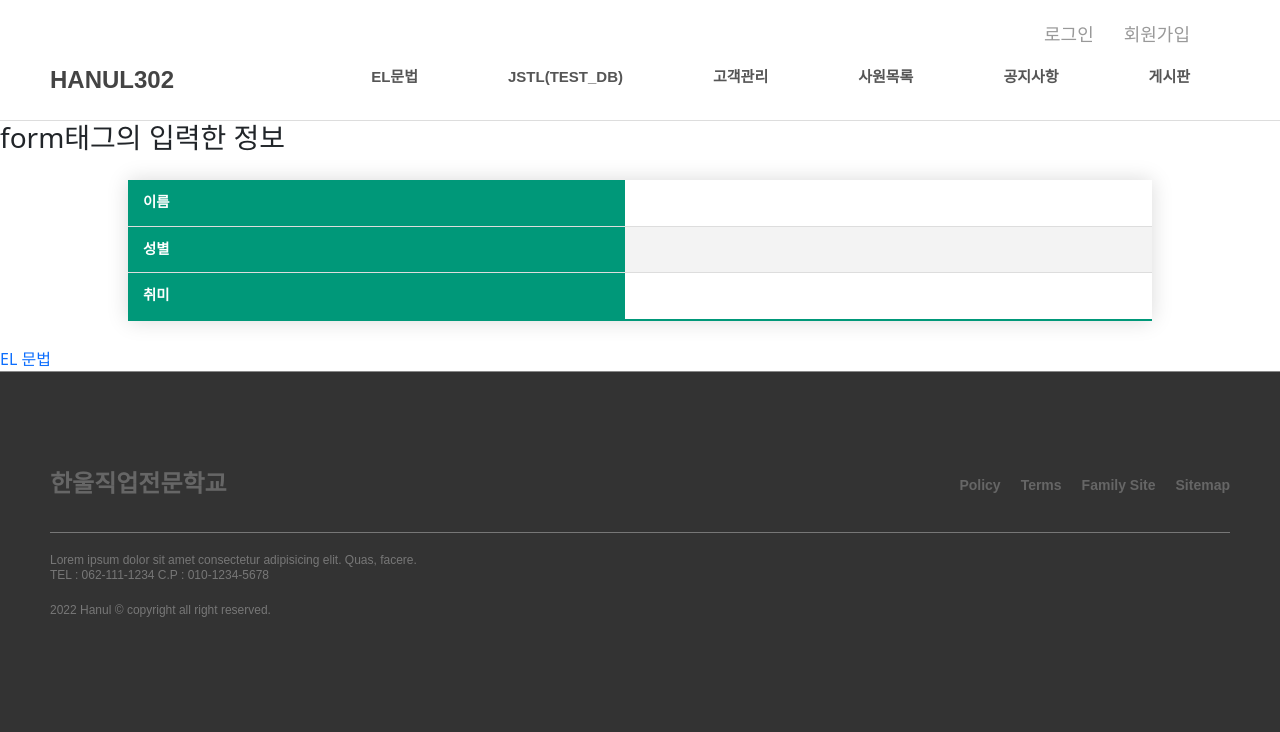
Repository: Xeyeong/servlet
Page: http://localhost/05.MiniProject/el/form_info.jsp
These files come from the project's save history. The page is drawn as it stood at one moment and after the next save; the edit follows.
The browser window is 1280 px wide. The pictures show the whole page.
Some web libraries are served in a nearby version. The page is served by Tomcat 9. Other server files are loaded and not shown.

Above is the page before, as saved 2022-09-20 02:09:55.

### 05.MiniProject/src/main/webapp/el/form_info.jsp
<%@ page language="java" contentType="text/html; charset=UTF-8"
    pageEncoding="UTF-8"%>
<!DOCTYPE html>
<html>
<head>
<meta charset="UTF-8">
<title>Insert title here</title>
</head>
<body>
<jsp:include page="/include/header.jsp"/>
	<h3>form태그의 입력한 정보</h3>
<table class="styled-table">
		<tr>
			<th class="w-px1400">이름</th>
			<td>${param.name }</td>
		</tr>
		<tr>
		<th>성별</th>
			<td>${param.gender }</td>
			<td></td>
		</tr>
		<tr>
			<th>취미</th>
			<td>${paramValues.hobby[0]}</td>
		</tr>
</table>

<div><a href="list.el">EL 문법</a></div>
<jsp:include page="/include/footer.jsp"/>
</body>
</html>

### 05.MiniProject/src/main/webapp/include/header.jsp
<%@ page language="java" contentType="text/html; charset=UTF-8"
    pageEncoding="UTF-8"%>
<!DOCTYPE html>
<html>
<head>
<meta charset="UTF-8">
<meta http-equiv="X-UA-Compatible" content="IE=CHROME">
<meta name="viewport" content="width=device-width, initial-scale=1.0">
<title>실습용 테마</title>
<link rel="icon" href="favicon.ico" type="image/x-icon">
<script src="https://kit.fontawesome.com/c47106c6a7.js"
	crossorigin="anonymous"></script>
<link rel="stylesheet" href="css/style.css?<%=new java.util.Date()%>">
<link rel="stylesheet" href="css/common.css?<%=new java.util.Date()%>">
<script src="js/ie.js"></script>
<link
	href="https://cdn.jsdelivr.net/npm/bootstrap@5.2.0-beta1/dist/css/bootstrap.min.css"
	rel="stylesheet"
	integrity="sha384-0evHe/X+R7YkIZDRvuzKMRqM+OrBnVFBL6DOitfPri4tjfHxaWutUpFmBp4vmVor"
	crossorigin="anonymous">
<script
	src="https://cdn.jsdelivr.net/npm/bootstrap@5.2.0-beta1/dist/js/bootstrap.bundle.min.js"
	integrity="sha384-pprn3073KE6tl6bjs2QrFaJGz5/SUsLqktiwsUTF55Jfv3qYSDhgCecCxMW52nD2"
	crossorigin="anonymous"></script>
<script src="https://code.jquery.com/jquery-3.6.0.min.js"></script>
</head>
<body>
	<header>
		<div class="inner">
			<h1>
				<a href="#">HANUL302</a>
			</h1>
			<ul id="gnb">
				<li><a href="list.el">EL문법</a></li>
				<li><a href="list.te">JSTL(TEST_DB)</a></li>
				<li><a href="list.cu">고객관리</a></li>
				<li><a href="#">사원목록</a></li>
				<li><a href="#">공지사항</a></li>
				<li><a href="#">게시판</a></li>
			</ul>



			<ul class="util">
				<li><a href="#">로그인</a></li>
				<li><a href="#">회원가입</a></li>
			</ul>

		</div>

	</header>
</body>
</html>

### 05.MiniProject/src/main/webapp/include/footer.jsp
<%@ page language="java" contentType="text/html; charset=UTF-8"
    pageEncoding="UTF-8"%>
<footer>
		<div class="inner">
			<div class="upper">
				<h1>한울직업전문학교</h1>
				<ul>
					<li><a href="#">Policy</a></li>
					<li><a href="#">Terms</a></li>
					<li><a href="#">Family Site</a></li>
					<li><a href="#">Sitemap</a></li>
				</ul>
			</div>
			<div class="lower">
				<address>
					Lorem ipsum dolor sit amet consectetur adipisicing elit. Quas,
					facere.<br> TEL : 062-111-1234 C.P : 010-1234-5678
				</address>
				<p>2022 Hanul &copy; copyright all right reserved.</p>
			</div>
		</div>
</footer>

### 05.MiniProject/src/main/webapp/css/style.css
@charset 'utf-8';


* {
	margin: 0px;
	padding: 0px;
	box-sizing: border-box;
}
ul,
ol {
	list-style: none;
}
a {
	text-decoration: none;
}

/* header */
header {
	width: 100%;
	border-bottom: 1px solid #ddd;
}
header .inner {
	width: 1180px;
	height: 120px;
	margin: 0px auto;
	position: relative; /*자식 absolute 요소의 기준점 설정*/
}
header .inner h1 {
	position: absolute;
	left: 0px;
	bottom: 15px;
}
header .inner h1 a {
	font: bold 24px/1 "arial";
	color: #444;
}
header .inner .util {
	position: absolute;
	top: 20px;
	right: 30px;
}
header .inner .util li {
	float: left;
}
header .inner .util li a {
	display: block;
	font: 18px "arial";
	color: #999;
	padding: 0px 10px;
}
header .inner #gnb {
	position: absolute;
	bottom: 0px;
	right: 0px;
}
header .inner #gnb li {
	float: left;
}
header .inner #gnb li a {
	display: block; /*인라인 요소는 block설정하여 크기를 조절가능*/
	font: bold 15px/1 "arial";
	color: #555;
	padding: 20px 40px;
	transition: all 0.5s;
}
header .inner #gnb li a:hover {
	background: #555;
	color: #fff;
}
figure {
	width: 100%;
	height: calc(100vh - 120px); /*전체 브라우저 높이에서 120px만큼 빼줌*/
	background: #000;
	position: relative;
	overflow: hidden;
	padding-top: 250px;
}
figure video {
	object-fit: cover; /*영상을 figure안쪽에 꽉 차도록 설정*/
	width: 100%;
	height: 100%;
	opacity: 0.3;
	position: absolute;
	top: 0px;
	left: 0px;
}
figure .inner {
	width: 1180px;
	margin: 0px auto;
	position: relative;
}
figure .inner h1 {
	font: normal 120px/1 "arial";
	color: #fff;
	margin-bottom: 20px;
}
figure .inner p {
	font: 16px/1.4 "arial";
	color: #888;
	margin-bottom: 60px;
}
figure .inner a {
	display: block;
	width: 400px;
	height: 30px;
	border: 1px solid #bbb;
	font: bold 11px/30px "arial";
	color: #fff;
	text-align: center;
	letter-spacing: 1px;
	transition: all 0.5s;
}
figure .inner a:hover {
	background: #fff;
	color: #555;
}
/* news */
section {
	width: 100%;
	padding: 200px 0px;
}
section .inner {
	width: 1180px;
	margin: 0px auto;
}
section .inner h1 {
	font: bold 24px/1 "arial";
	color: #555;
	text-align: center;
	margin-bottom: 50px;
}
section .inner .wrap {
	width: 100%;
}
section .inner .wrap::after {
	/*자식 요소인 article의 float해제*/
	content: "";
	display: block;
	clear: both;
}
section .inner .wrap article {
	width: 32%;
	float: left;
	margin-right: 20px;
}
section .inner .wrap article:last-child {
	/*제일 오른쪽 마지막 요소만 여백제거*/
	margin-right: 0px;
}
section .inner .wrap article h2 {
	margin-bottom: 10px;
}
section .inner .wrap article h2 a {
	font: bold 16px/1 "arial";
	color: #555;
}
section .inner .wrap article p {
	font: 14px/1.4 "arial";
	color: #777;
}
section .inner .wrap article .pic {
	width: 100%;
	height: 120px;
	background: #333;
	margin-bottom: 15px;
	position: relative;
	overflow: hidden;
}
section .inner .wrap article .pic img {
	object-fit: cover; /*pic프레임안에 이미지 꽉 채움*/
	width: 100%;
	height: 100%;
}
/* footer */
footer {
	width: 100%;
	background: #333;
	padding: 100px 0px;
	border-top: 1px solid #888;
}
footer .inner {
	width: 1180px;
	margin: 0px auto;
}
footer .inner .upper {
	width: 100%;
	border-bottom: 1px solid #777;
	padding-bottom: 20px;
}
footer .inner .upper::after {
	/*상단 영역 float해제*/
	content: "";
	display: block;
	clear: both;
}
footer .inner .upper h1 {
	float: left;
	font: bold 24px/1 "arial";
	color: #666;
}
footer .inner .upper ul {
	float: right;
}
footer .inner .upper ul li {
	float: left;
	margin-left: 20px;
}
footer .inner .upper ul li a {
	font: bold 14px/1 "arial";
	color: #666;
}
footer .inner .lower {
	width: 100%;
	padding-top: 20px;
}
footer .inner .lower address {
	width: 100%;
	font: 12px/1.3 "arial";
	color: #777;
	margin-bottom: 20px;
}
footer .inner .lower p {
	width: 100%;
	font: 12px/1 "arial";
	color: #777;
}

.styled-table {
	width: 80%;
    border-collapse: collapse;
    margin: 2% 10% 2% 10% ;
    font-size: 0.9em;
    font-family: sans-serif;
    min-width: 400px;
    box-shadow: 0 0 20px rgba(0, 0, 0, 0.15);

}

.styled-table thead tr {
    background-color: #009879;
    color: #ffffff;
    text-align: left;
}
table th{
	background-color: #6d6b6b!important;  color : #fff;
}
.styled-table th,
.styled-table td {
    padding: 12px 15px;
}

.styled-table tbody tr {
    border-bottom: 1px solid #dddddd;
}

.styled-table tbody tr:nth-of-type(even) {
    background-color: #f3f3f3;
}

.styled-table tbody tr:last-of-type {
    border-bottom: 2px solid #009879;
}

.styled-table tbody tr.active-row {
    font-weight: bold;
    color: #009879;
}



.styled-table {
	width: 80%;
    border-collapse: collapse;
    margin: 2% 10% 2% 10%;
    font-size: 0.9em;
    font-family: sans-serif;
    min-width: 400px;
    box-shadow: 0 0 20px rgba(0, 0, 0, 0.15);
}

.styled-table thead tr {
    background-color: #009879;
    color: #ffffff;
    text-align: left;
}

.styled-table th,
.styled-table td {
    padding: 12px 15px;
}

.styled-table tbody tr {
    border-bottom: 1px solid #dddddd;
}

.styled-table tbody tr:nth-of-type(even) {
    background-color: #f3f3f3;
}

.styled-table tbody tr:last-of-type {
    border-bottom: 2px solid #009879;
}

.styled-table tbody tr.active-row {
    font-weight: bold;
    color: #009879;
}
.list-top{
	width: 80%;
	margin: 2% 10%;
}
input[ type=button ] {
	padding : 2px 10px
}

input[ type=submit ]{
	padding: 2px 10px
}
label:not(:last-child) {
	margin-right: 30px
}

### 05.MiniProject/src/main/webapp/css/common.css
@charset "UTF-8";

ul {
	list-style-type: none;
	align-items: center;
	padding: 0;
}

.center {
	position: absolute;
	left: 50%;
	top: calc(120px + 50%);
	transform: translate(-50%, -50%);
}

.list-top {
	display: flex;
	justify-content: space-between;
}

.list-top ul {
	display: flex;
}

table.tb-list th, table.tb-list td {
	border: 1px solid #b0b0b0;
}

.list-top {
	width: 80%;
	margin: 2% 10%
}

input[type=button], input[type=submit] {
	padding: 2px 10px
}

table th {
	background-color: #009879 !important;
	color: #fff;
}

label:not(:last-child) {
	margin-right: 30px
}

.btnSet {
	margin: 20px auto;
	width: 80%;
}

.btnSet a:not(:last-child) {
	margin-right: 5px
}

a {
	text-decoration: none !important;
}

a.btn-fill, a.btn-empty {
	height: 28px;
	padding: 3px 15px;
	border: 1px solid #009879;
	border-radius: 3px;
}

a.btn-fill {
	background-color: #009879;
	color: #fff;
}

a.btn-empty {
	color: #009879;
}

input {
	padding: 0 10px;
}

input:focus {
	outline: none !important;
	border-color: #009879;
}

.tb-wrap {
	overflow: auto;
	margin: 20px auto;
	height: 500px;
	width: 80%;
}

.tb-wrap table {
	width: 100%;
	margin: 0;
}

header ul li:not(:first-child) {
	margin-left: 10px
}

.valid {
	color: green;
	font-size: 14px;
	font-weight: bold;
}

.invalid {
	color: red;
	font-size: 14px;
	font-weight: bold;
}

.font {
	font-size: 18px;
}

#delete {
	display: none;
}

.w-px40 {
	width: 40px
}

.w-px60 {
	width: 60px
}

.w-px80 {
	width: 80px
}

.w-px100 {
	width: 100px
}

.w-px120 {
	width: 120px
}

.w-px140 {
	width: 140px
}

.w-px160 {
	width: 160px
}

.w-px180 {
	width: 180px
}

.w-px200 {
	width: 200px
}

.w-px220 {
	width: 220px
}

.w-px250 {
	width: 250px
}

.w-px300 {
	width: 300px
}

Loaded but not shown: 05.MiniProject/src/main/webapp/js/ie.js (common file)

After the next save:
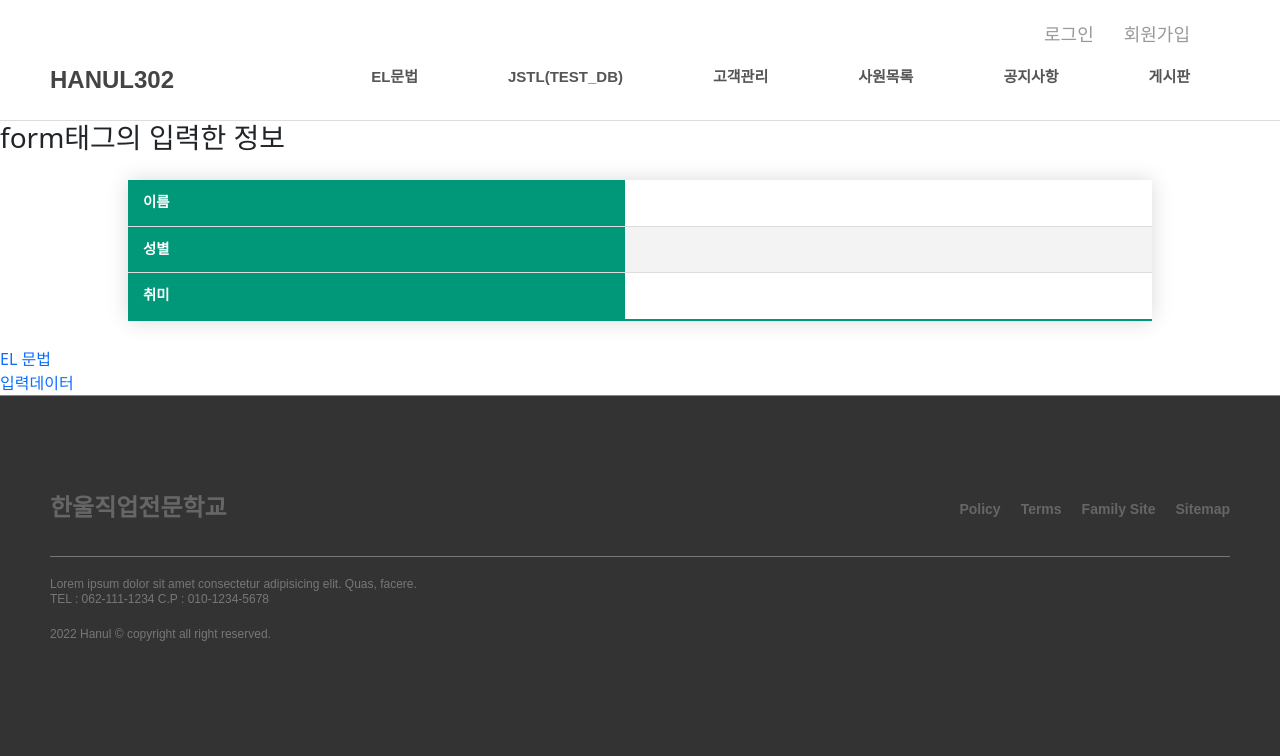
Saved 16 s later.
--- a/05.MiniProject/src/main/webapp/el/form_info.jsp
+++ b/05.MiniProject/src/main/webapp/el/form_info.jsp
@@ -26,6 +26,7 @@
 </table>
 
 <div><a href="list.el">EL 문법</a></div>
+<div><a href="form.el">입력데이터</a></div>
 <jsp:include page="/include/footer.jsp"/>
 </body>
 </html>
